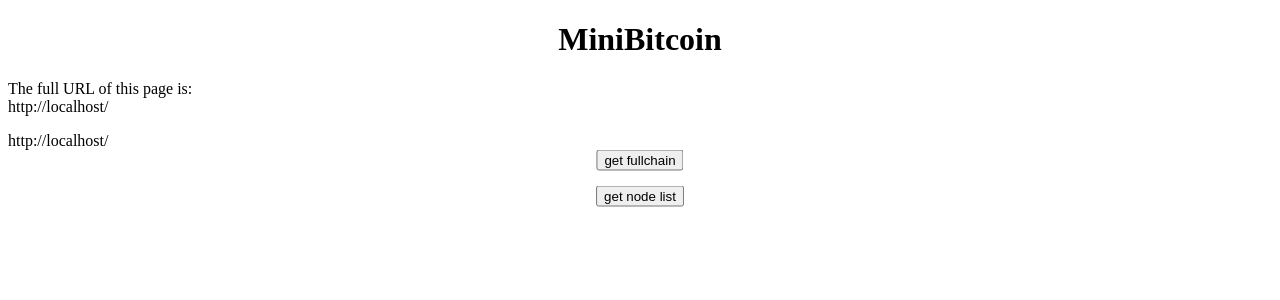
Repository: lam4562311/Minibitcoin
Page: http://localhost/
The author's editor kept a copy of each file at every save. The page is drawn from the files as they stood at one save, then again after the next save.
The browser window is 1280 px wide. The pictures show the whole page.
Some web libraries are served in a nearby version. The page is served by the project's application, run on Flask 3 (bitcoin-5003.py).

Above is the page before, as saved 2022-04-08 23:06:23.

### templates/homepage.html
<!DOCTYPE html>
<html>
<head>
    <style>
        .center {
          margin:10px 0px 10px 0px;
          position: absolute;
          left: 50%;
          -ms-transform: translate(-50%, -50%);
          transform: translate(-50%, -50%);
        }
        </style>
</head>
    <body>

        <h1><center> MiniBitcoin </center></h1>

        <p id="demo"></p>

        <script>
        document.getElementById("demo").innerHTML =
        "The full URL of this page is:<br>" + window.location.href;
        </script>

        <span id="queryString"></span>

        <span id="fullchain_span"></span>
        <br>
        <div class="center">
            <button id="get_chain_bt">get fullchain</button>
        </div>
        <br>
        <span id="node_list_span"></span>
        <br>
        <div class="center">
            <button id="get_node_bt">get node list</button>
        </div>
        <br>
    <script src="//ajax.googleapis.com/ajax/libs/jquery/1.9.1/jquery.min.js"></script>
    <script src="{{url_for("static", filename="index.js")}}"></script>
    </body>
</html>

### bitcoin-5003.py
from operator import contains
import wx
from bitcoinclass import Transaction,Wallet,Block,Blockchain
from flask import Flask, jsonify, request, render_template, redirect, url_for, send_file
from urllib.parse import urlparse
import json
import re
import requests
import io
import logging
app = Flask(__name__)

#Flask API
@app.route('/new_transaction', methods=['POST'])
def new_transaction():
    values = request.form

    # Check that the required fields are in the PoST'ed data
    required = ['recipient_address', 'amount']
    if not all(k in values for k in required):
        return 'Missing values', 400

    #Create a new Transaction
    transaction = Transaction(myWallet.identity, values['recipient_address'], values[ 'amount'])
    transaction.add_signature(myWallet.sign_transaction(transaction))
    transaction_result = blockchain.add_new_transaction(transaction)

    if transaction_result:
        response = { 'message': 'Transaction will be added to Block'}
        return jsonify(response), 201
    else:
        response = {'message': 'Invalid Transaction!'}
        return jsonify(response), 406

@app.route( '/get_transactions' , methods=[ 'GET'])
def get_transactions():
    #Get transactions from transactions pool
    transactions = blockchain.unconfirmed_transactions
    response = {'transactions' : transactions}
    return jsonify(response), 200

@app.route('/chain', methods=['GET'])
def last_ten_blocks():
    response = {
        'chain' : blockchain.chain[-10:],
        'length': len(blockchain.chain),
    }
    return jsonify(response), 200


@app.route('/fullchain', methods=['GET'])
def full_chain():
    response = {
    'chain' : json.dumps(blockchain.chain),
    'length' : len(blockchain.chain),
    }
    return jsonify (response), 200

@app.route('/get_nodes', methods=['GET'])
def get_nodes():
    nodes = list(blockchain.nodes)
    response = {'nodes' : nodes}
    return jsonify(response), 200

@app.route('/register_node', methods=['POST'])
def register_node():
    values = request.form
    node = values.get('node')
    com_port = values.get('com_port')
    if node is None and com_port is None:
        return "Error: Please supply a valid list of nodes", 400
    if com_port is not None:
        blockchain.register_node(request.remote_addr + ":" + com_port)
        node = request.remote_addr + ":" + com_port
        app.logger.warning(node)
    else:
        blockchain.register_node(node)
    node_list = requests.get('http://' + node + '/get_nodes')
    if node_list.status_code == 200:
        node_list = node_list.json()['nodes']
        for node in node_list:
            blockchain.register_node( node)

    for new_nodes in blockchain.nodes:
        requests.post( 'http://' + new_nodes + '/register_node' , data={'com_port':str(port)})

    replaced = blockchain.consensus()
    if replaced:
        app.logger.warning('replaced')
        response ={
        'message' : 'Longer authoritative chain found from peers, replacing ours' ,
        'total_nodes ' : [node for node in blockchain.nodes]}
    else:
        response ={
        'message': 'New nodes have been added,but our chain is authoritative',
        'total_nodes' : [node for node in blockchain.nodes]
    }
    return jsonify(response), 201

@app.route('/consensus', methods=['GET'])
def consensus():
    replaced = blockchain.consensus()
    if replaced:
        app.logger.info('replaced')
        response = {
            'message' : 'our chain was replaced',
        }
    else:
        app.logger.info('not replaced')
        response = {
        'message ' : 'our chain is authoritative',
        }
    return jsonify(response), 200

@app.route('/mine', methods=[ 'GET'])
def mine():
    blockchain.boardcast_transactions(request.host)

    newblock = blockchain.mine(myWallet)
    for node in blockchain.nodes:
        ans = requests.get('http://' + node + '/consensus')
        app.logger.info(ans)
    response = {
        'index' : newblock.index,
        'transactions' : newblock.transactions,
        'timestamp' : newblock.timestamp,
        'nonce' : newblock.nonce,
        'hash' : newblock.hash,
        'previous_hash' : newblock.previous_hash
    }
    return jsonify( response), 200

@app.route('/import_key', methods=['POST'])
def import_key():
    f = request.files['file']
    blob = f.read()
    myWallet.import_key(blob)
    return 'key imported successfully'

@app.route('/export_key', methods=['GET'])
def export_key():
    blob = myWallet.export_key()
    return send_file(
        io.BytesIO(blob),
        mimetype='application/octet-stream',
        as_attachment = True,
        attachment_filename = "keyfile")

@app.route('/get_status', methods=['GET'])
def get_status():
    response ={
        'public_key' : myWallet.identity,
        'balance': blockchain.get_balance(myWallet.identity)
    }
    return jsonify(response),200

@app.route('/update_balance', methods=['PUT'])
def update_balance():
    myWallet.balance = blockchain.get_balance(myWallet.identity)
    response = {'message': 'Balance updated'}
    return jsonify(response), 200

@app.route('/sync_transactions', methods=['GET'])
def sync_transactions():
    result = blockchain.boardcast_transactions(request.host)
    if result:
        response = {
            'message': 'Synchronized Transactions'
        }
    else:
        resonse = {'message': 'False'}
    return jsonify(resonse), 200

@app.route('/')
def index():
    return render_template('homepage.html')

if __name__ == '__main__':
    myWallet = Wallet()
    blockchain = Blockchain()
    port = 5003
    app.logger.setLevel(logging.DEBUG)
    app.run(host='127.0.0.1', port=port, debug = True)

### static/index.js
let get_chain_bt = document.querySelector("#get_chain_bt");
let get_node_bt = document.querySelector("#get_node_bt");

let full_chain_span = document.querySelector("#fullchain_span")
let full_node_span = document.querySelector("#node_list_span")
let querystring_span = document.querySelector("#queryString")

querystring = window.location.href;
// console.log(querystring);
querystring_span.innerHTML = querystring;
function get_full_chain(){
    $.ajax({
        type: "GET",
        contentType: "application/json; charset=utf-8",
        url:"/fullchain",
        dataType: "json",
        success: (data) => {
            full_chain_span.innerHTML = JSON.stringify(data);
        }
    });
    querystring = window.location.search;
}
function get_node_list(){
    $.ajax(
        {
            type: "GET",
            contentType: "application/json; charset: utf-8",
            url:"/get_nodes",
            dataType: "json",
            success: (data) => {
                full_node_span.innerHTML = JSON.stringify(data);
            }
        }
    )
}
$(get_chain_bt).click(()=>get_full_chain());
$(get_node_bt).click(()=>get_node_list());

After the next save:
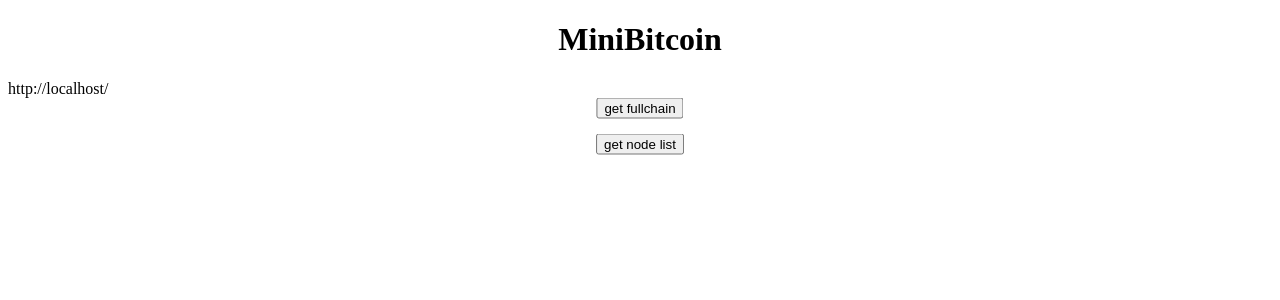
Saved 11 s later.
--- a/templates/homepage.html
+++ b/templates/homepage.html
@@ -14,13 +14,6 @@
     <body>
 
         <h1><center> MiniBitcoin </center></h1>
-
-        <p id="demo"></p>
-
-        <script>
-        document.getElementById("demo").innerHTML =
-        "The full URL of this page is:<br>" + window.location.href;
-        </script>
 
         <span id="queryString"></span>
 
